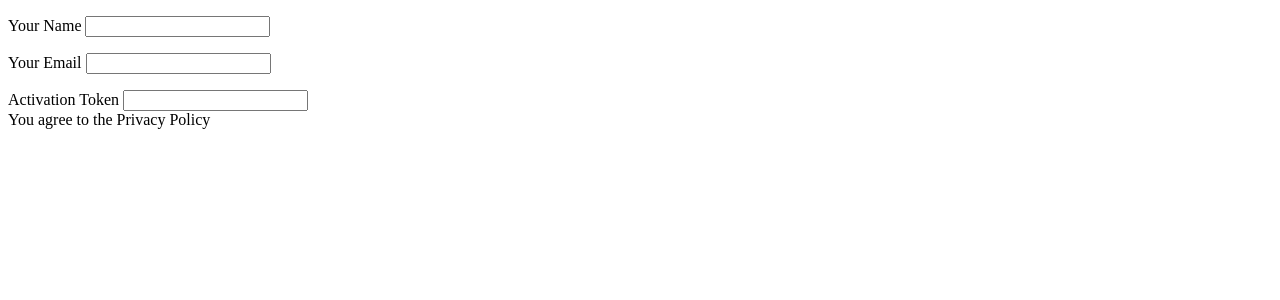
Repository: Rachael4life/Assignment-1
Page: starter-code/src/index.html
The author's editor kept a copy of each file at every save. The page is drawn from the files as they stood at one save, then again after a run of saves.
The browser window is 1280 px wide. The pictures show the whole page.

Above is the page before, as saved 2022-02-25 12:25:28.

### starter-code/src/index.html
<!DOCTYPE html>
<html lang="en">
<head>
    <meta charset="UTF-8">
    <meta http-equiv="X-UA-Compatible" content="IE=edge">
    <meta name="viewport" content="width=device-width, initial-scale=1.0">
    <title>Assignment 1</title>
</head>
<body>
    <div id="ramyeon">
        <form class="kimchi">
            <div> <p></p>
                <label for="name">Your Name</label>
                <input type="text" name="name" id="name" placeholder="">
            </div>
            <div> <p></p>
                <label for="email">Your Email</label>
                <input type="text" name="email" id="email" placeholder="">
            </div>
            <div> <p></p>
                <label for="number">Activation Token</label>
                <input type="number" name="activation token" id="name" placeholder="">
            </div>
            <div>
                You agree to the Privacy Policy
            </div>
        </form>
    </div>
</body>
</html>

After the next 2 saves:
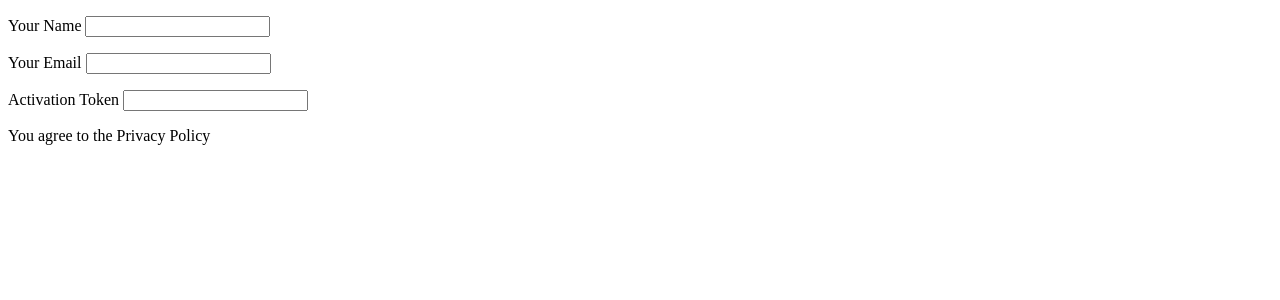
The 2 saves are shown as one change because they came seconds apart.
The last was saved 13 s later.
--- a/starter-code/src/index.html
+++ b/starter-code/src/index.html
@@ -21,7 +21,7 @@
                 <label for="number">Activation Token</label>
                 <input type="number" name="activation token" id="name" placeholder="">
             </div>
-            <div>
+            <div><p></p>
                 You agree to the Privacy Policy
             </div>
         </form>
